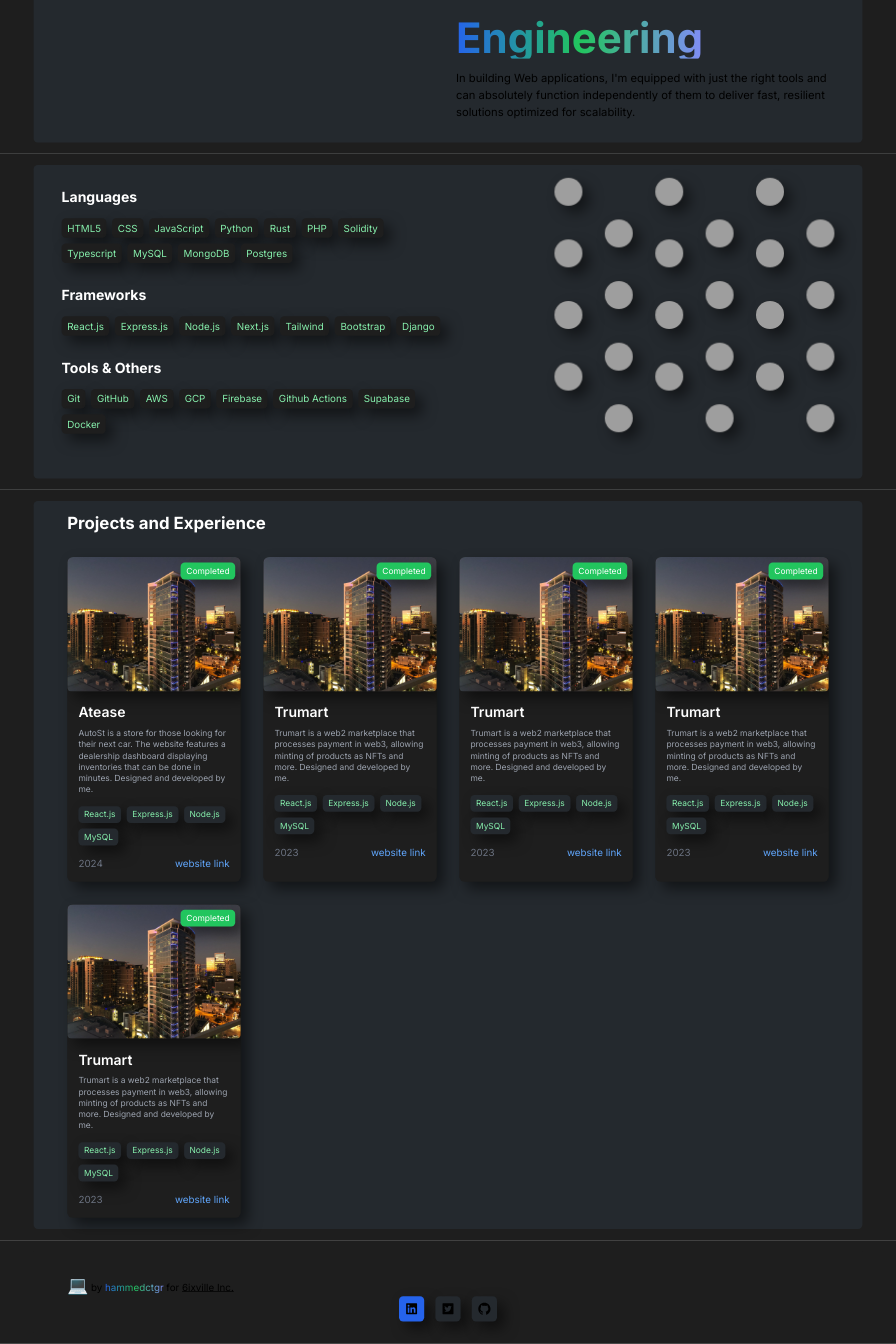
Repository: muhammedctgr/hammedctgr
Page: /
An editor plug-in stored every save of this project. The page is shown before and after the next save, followed by the edit.
The browser window is 1280 px wide. The pictures show the part of the page from y = 824 to 2744 px (the page is 2744 px tall before and 2728 px after), at 70% of full size.
Pictures or frames that could not be fetched are drawn as grey boxes. The project was rebuilt for these pictures with package versions that can differ from the ones it lists, and the page was loaded fresh each time. The framework's server and built-in components were replaced by stand-ins that run in the browser. Also part of the build but not shown: next.config.mjs.

Above is the page before, as saved 2024-08-13 21:30:13.

### app/layout.tsx
import type { Metadata } from "next";
import { Inter } from "next/font/google";
import "./globals.css";

const inter = Inter({ subsets: ["latin"] });

export const metadata: Metadata = {
  title: "Popoola Muhammed",
  description: "Generated by create next app",
};

export default function RootLayout({
  children,
}: Readonly<{
  children: React.ReactNode;
}>) {
  return (
    <html lang="en">
      <body className={inter.className}>{children}</body>
    </html>
  );
}

### app/page.tsx
import Head from 'next/head';
import Hero from '../components/Hero';
import SkillsSection from '@/components/SkillsSection';
import SummarySection from '@/components/SummarySection';
import ProjectsSection from '@/components/ProjectsSection';
import Footer from '@/components/Footer';

const Home = () => (
  <div>
    <Head>
      <title>Popoola Muhammed</title>
      <meta name="description" content="Welcome to my developer portfolio" />
    </Head>

    <Hero />
    <SummarySection />
    <SkillsSection />
    <ProjectsSection />
    <Footer />
  </div>
);

export default Home;

### app/globals.css
@tailwind base;
@tailwind components;
@tailwind utilities;

:root {
  --foreground-rgb: 0, 0, 0;
  --background-start-rgb: 214, 219, 220;
  --background-end-rgb: 255, 255, 255;
}

@media (prefers-color-scheme: dark) {
  :root {
    --foreground-rgb: 255, 255, 255;
    --background-start-rgb: 0, 0, 0;
    --background-end-rgb: 0, 0, 0;
  }
}

body {
  color: rgb(var(--foreground-rgb));
  background: linear-gradient(
      to bottom,
      transparent,
      rgb(var(--background-end-rgb))
    )
    rgb(var(--background-start-rgb));
}

@layer utilities {
  .text-balance {
    text-wrap: balance;
  }
}


@keyframes upDown {
  0%, 100% {
    transform: translateY(0);
  }
  50% {
    transform: translateY(-10px); /* Adjust the value as needed */
  }
}

.animate-upDown {
  animation: upDown 2s infinite ease-in-out; /* Adjust duration as needed */
}


@keyframes scroll-medium {
  0% {
    transform: translateY(-100%);
  }
  100% {
    transform: translateY(100%);
  }
}

@keyframes scroll-fast {
  0% {
    transform: translateY(-100%);
  }
  100% {
    transform: translateY(30vh);
  }
}

@keyframes scroll-upfast {
  0% {
    transform: translateY(100%);
  }
  100% {
    transform: translateY(-30vh);
  }
}

.animate-scroll-upfast {
  animation: scroll-upfast 2s linear infinite;
}

.animate-scroll-fast {
  animation: scroll-fast 2s linear infinite;
}

.animate-scroll-medium {
  animation: scroll-medium 6s linear infinite;
}

.animate-scroll-delay {
  animation-delay: 2s;
}

.animate-scroll-delay-long {
  animation-delay: 4s;
}

.animate-scroll {
  animation: scroll 10s linear infinite;
}

.neumorph {
  border-radius: 5px;
  background: linear-gradient(145deg, #161414, #1a1818);
  box-shadow:  5px 5px 10px #111010,
               -5px -5px 10px #1f1c1c;
}

### components/Hero.tsx
import Image from 'next/image';
import profilePic from '../public/profile.png';
import { AiFillLinkedin, AiFillGithub, AiFillTwitterSquare, AiFillX } from 'react-icons/ai';

const Hero = () => {
  return (
    <section className="bg-gptGray px-4 py-4 md:pt-8 md:px-8 lg:px-12 text-white flex items-center">
  <div className="container bg-githubGray shadow-lg rounded-md mx-auto flex flex-col md:flex-row md:px-2 relative overflow-hidden">
    <div className="flex-1 text-left p-4 md:p-8">
      <div className="inline-block bg-blue-600 text-black py-1 px-3 mb-4 rounded-md">
        Hi, I’m
      </div>
      <div className="mb-6">
        <h1 className="text-xl md:text-3xl font-bold">Popoola Muhammed</h1>
        <p className="mt-2 text-lg md:text-xl">Full-Stack Developer, I build and manage</p>
      </div>
      <ul className="mt-4 list-disc list-inside text-xs md:text-base">
        <li>Highly Optimized and Responsive <span className="text-blue-600">FRONT-END</span></li>
        <li>Secure and Scalable <span className="text-blue-600">BACK-END & DATABASE</span></li>
        <li><span className="text-blue-600">IT</span> Infrastructure</li>
      </ul>
      <div className="mt-6">
        <a href="#contact" className="underline">Let’s Connect</a>
        <div className="mt-2 flex justify-start space-x-4">
          <a href="#" className="bg-blue-600 p-2 rounded-md shadow-deep-all">
            <AiFillLinkedin size={20} />
          </a>
          <a href="#" className="bg-githubGray p-2 rounded-md shadow-deep-all">
            <AiFillTwitterSquare size={20} />
          </a>
          <a href="#" className="bg-githubGray p-2 rounded-md shadow-deep-all">
            <AiFillGithub size={20} />
          </a>
        </div>
      </div>
    </div>
    <div className="relative flex-1 p-4 md:p-8">
      <img src="https://cdn.jsdelivr.net/gh/devicons/devicon@latest/icons/python/python-original.svg" className="right-4 w-8 h-8 md:w-16 md:h-16 lg:w-16 lg:h-16 bg-gptGray rounded-md animate-bounce shadow-deep-all" />
      <div className="relative w-40 h-40 md:w-72 md:h-72 lg:w-96 lg:h-96 mx-auto">
        <Image src={profilePic} alt="Popoola Muhammed" layout="fill" className="rounded-full object-cover animate-upDown" />
      </div>
      <img src="https://cdn.jsdelivr.net/gh/devicons/devicon@latest/icons/rust/rust-original.svg"  className="w-8 h-8 md:w-16 md:h-16 lg:w-16 lg:h-16 bg-gptGray rounded-3xl shadow-deep-all animate-bounce absolute top-8 right-4" />
      <img src="https://cdn.jsdelivr.net/gh/devicons/devicon@latest/icons/javascript/javascript-original.svg" className="w-8 h-8 md:w-12 md:h-12 lg:w-12 lg:h-12 bg-gptGray rounded-md animate-bounce shadow-deep-all" />
    </div>
    <img src="https://cdn.jsdelivr.net/gh/devicons/devicon@latest/icons/nextjs/nextjs-original.svg" className="w-8 h-8 md:w-12 md:h-12 lg:w-12 lg:h-12 bg-gptGray rounded-3xl shadow-deep-all animate-bounce absolute bottom-4 right-36" />
  </div>
</section>
  );
};

export default Hero;

### components/SkillsSection.tsx
import Image from 'next/image';
import { FC } from 'react';

interface SkillCategory {
  title: string;
  skills: { name: string; }[];
}

const skills: SkillCategory[] = [
  {
    title: "Languages",
    skills: [
      { name: "HTML5",  },
      { name: "CSS", },
      { name: "JavaScript",  },
      { name: "Python", },
      { name: "Rust",  },
      { name: "PHP", },
      { name: "Solidity",  },
      { name: "Typescript",  },
      { name: "MySQL",  },
      { name: "MongoDB", },
      { name: "Postgres", },
    ],
  },
  {
    title: "Frameworks",
    skills: [
      { name: "React.js", },
      { name: "Express.js",  },
      { name: "Node.js", },
      { name: "Next.js", },
      { name: "Tailwind", },
      { name: "Bootstrap", },
      { name: "Django", }
    ],
  },
  {
    title: "Tools & Others",
    skills: [
      { name: "Git",  },
      { name: "GitHub",  },
      { name: "AWS", },
      { name: "GCP", },
      { name: "Firebase", },
      { name: "Github Actions", },
      { name: "Supabase",  },
      { name: "Docker",  },
    ],
  },
];

const icons = [
  "/icons/html5.svg", // Replace with your icon paths
  "/icons/css3.svg",
  "/icons/javascript.svg",
  "/icons/python.svg",
  // Add the rest of the icons as needed
];

const SkillsSection: FC = () => {
  return (
  <section className="px-4 py-4 md:px-8 lg:px-12 bg-gptGray text-white w-full h-full">
  <div className="container bg-githubGray rounded-md mx-auto flex flex-col md:flex-row items-start md:px-2">
    <div className="flex-1 p-4 md:p-8">
      {skills.map((category) => (
        <div key={category.title} className="mb-8">
          <h2 className="text-lg md:text-xl font-bold mb-4 ">{category.title}</h2>
          <div className="flex flex-wrap gap-2">
            {category.skills.map((skill) => (
              <span
                key={skill.name}
                className={`px-2 py-1 rounded-md text-sm shadow-deep-all bg-gptGray text-green-300`}
              >
                {skill.name}
              </span>
            ))}
          </div>
        </div>
      ))}
    </div>
    <div className="flex-1 flex flex-col items-center md:items-end overflow-hidden md:pb-8">
      <div className="grid grid-cols-6 md:grid-cols-6 gap-8 p-4 md:p-8">
      <img src="https://cdn.jsdelivr.net/gh/devicons/devicon@latest/icons/html5/html5-original.svg" className="w-10 h-10 md:w-10 md:h-10 lg:w-10 lg:h-10 bg-gptGray rounded-3xl shadow-deep-all mt-4 animate-scroll-fast" />
      <img src="https://cdn.jsdelivr.net/gh/devicons/devicon@latest/icons/css3/css3-original.svg" className="w-10 h-10 md:w-10 md:h-10 lg:w-10 lg:h-10 bg-gptGray rounded-3xl shadow-deep-all mt-4 animate-scroll-upfast" />
      <img src="https://cdn.jsdelivr.net/gh/devicons/devicon@latest/icons/javascript/javascript-original.svg" className="w-10 h-10 md:w-10 md:h-10 lg:w-10 lg:h-10 bg-gptGray rounded-3xl shadow-deep-all mt-4 animate-scroll-fast" />
      <img src="https://cdn.jsdelivr.net/gh/devicons/devicon@latest/icons/python/python-original.svg" className="w-10 h-10 md:w-10 md:h-10 lg:w-10 lg:h-10 bg-gptGray rounded-3xl shadow-deep-all mt-4 animate-scroll-upfast" />
      <img src="https://cdn.jsdelivr.net/gh/devicons/devicon@latest/icons/rust/rust-original.svg"  className="w-10 h-10 md:w-10 md:h-10 lg:w-10 lg:h-10 bg-gptGray rounded-3xl shadow-deep-all mt-4 animate-scroll-fast" />
      <img src="https://cdn.jsdelivr.net/gh/devicons/devicon@latest/icons/php/php-original.svg" className="w-10 h-10 md:w-10 md:h-10 lg:w-10 lg:h-10 bg-gptGray rounded-3xl shadow-deep-all mt-4 animate-scroll-upfast"  />
      <img src="https://cdn.jsdelivr.net/gh/devicons/devicon@latest/icons/solidity/solidity-original.svg" className="w-10 h-10 md:w-10 md:h-10 lg:w-10 lg:h-10 bg-gptGray rounded-3xl shadow-deep-all mt-4 animate-scroll-fast" />
      <img src="https://cdn.jsdelivr.net/gh/devicons/devicon@latest/icons/typescript/typescript-original.svg" className="w-10 h-10 md:w-10 md:h-10 lg:w-10 lg:h-10 bg-gptGray rounded-3xl shadow-deep-all mt-4 animate-scroll-upfast" />
      <img src="https://cdn.jsdelivr.net/gh/devicons/devicon@latest/icons/mysql/mysql-original.svg" className="w-10 h-10 md:w-10 md:h-10 lg:w-10 lg:h-10 bg-gptGray rounded-3xl shadow-deep-all mt-4 animate-scroll-fast" />
      <img src="https://cdn.jsdelivr.net/gh/devicons/devicon@latest/icons/mongodb/mongodb-original.svg" className="w-10 h-10 md:w-10 md:h-10 lg:w-10 lg:h-10 bg-gptGray rounded-3xl shadow-deep-all mt-4 animate-scroll-upfast" />
      <img src="https://cdn.jsdelivr.net/gh/devicons/devicon@latest/icons/react/react-original.svg" className="w-10 h-10 md:w-10 md:h-10 lg:w-10 lg:h-10 bg-gptGray rounded-3xl shadow-deep-all mt-4 animate-scroll-fast" />
      <img src="https://cdn.jsdelivr.net/gh/devicons/devicon@latest/icons/nextjs/nextjs-original.svg" className="w-10 h-10 md:w-10 md:h-10 lg:w-10 lg:h-10 bg-gptGray rounded-3xl shadow-deep-all mt-4 animate-scroll-upfast" />
      <img src="https://cdn.jsdelivr.net/gh/devicons/devicon@latest/icons/tailwindcss/tailwindcss-original.svg" className="w-10 h-10 md:w-10 md:h-10 lg:w-10 lg:h-10 bg-gptGray rounded-3xl shadow-deep-all mt-4 animate-scroll-fast" />
      <img src="https://cdn.jsdelivr.net/gh/devicons/devicon@latest/icons/git/git-original.svg" className="w-10 h-10 md:w-10 md:h-10 lg:w-10 lg:h-10 bg-gptGray rounded-3xl shadow-deep-all mt-4 animate-scroll-upfast" />
      <img src="https://cdn.jsdelivr.net/gh/devicons/devicon@latest/icons/github/github-original.svg" className="w-10 h-10 md:w-10 md:h-10 lg:w-10 lg:h-10 bg-gptGray rounded-3xl shadow-deep-all mt-4 animate-scroll-fast" />
      <img src="https://cdn.jsdelivr.net/gh/devicons/devicon@latest/icons/amazonwebservices/amazonwebservices-original-wordmark.svg" className="w-10 h-10 md:w-10 md:h-10 lg:w-10 lg:h-10 bg-gptGray rounded-3xl shadow-deep-all mt-4 animate-scroll-upfast" />
      <img src="https://cdn.jsdelivr.net/gh/devicons/devicon@latest/icons/googlecloud/googlecloud-original.svg" className="w-10 h-10 md:w-10 md:h-10 lg:w-10 lg:h-10 bg-gptGray rounded-3xl shadow-deep-all mt-4 animate-scroll-fast" />
      <img src="https://cdn.jsdelivr.net/gh/devicons/devicon@latest/icons/postgresql/postgresql-original.svg" className="w-10 h-10 md:w-10 md:h-10 lg:w-10 lg:h-10 bg-gptGray rounded-3xl shadow-deep-all mt-4 animate-scroll-upfast" />
      <img src="https://cdn.jsdelivr.net/gh/devicons/devicon@latest/icons/supabase/supabase-original.svg" className="w-10 h-10 md:w-10 md:h-10 lg:w-10 lg:h-10 bg-gptGray rounded-3xl shadow-deep-all mt-4 animate-scroll-fast" />
      <img src="https://cdn.jsdelivr.net/gh/devicons/devicon@latest/icons/docker/docker-original.svg" className="w-10 h-10 md:w-10 md:h-10 lg:w-10 lg:h-10 bg-gptGray rounded-3xl shadow-deep-all mt-4 animate-scroll-upfast" />
      <img src="https://cdn.jsdelivr.net/gh/devicons/devicon@latest/icons/django/django-plain.svg" className="w-10 h-10 md:w-10 md:h-10 lg:w-10 lg:h-10 bg-gptGray rounded-3xl shadow-deep-all mt-4 animate-scroll-fast" />
      <img src="https://cdn.jsdelivr.net/gh/devicons/devicon@latest/icons/bootstrap/bootstrap-original.svg" className="w-10 h-10 md:w-10 md:h-10 lg:w-10 lg:h-10 bg-gptGray rounded-3xl shadow-deep-all mt-4 animate-scroll-upfast" />
      <img src="https://cdn.jsdelivr.net/gh/devicons/devicon@latest/icons/nodejs/nodejs-original.svg" className="w-10 h-10 md:w-10 md:h-10 lg:w-10 lg:h-10 bg-gptGray rounded-3xl shadow-deep-all mt-4 animate-scroll-fast" />
      <img src="https://cdn.jsdelivr.net/gh/devicons/devicon@latest/icons/githubactions/githubactions-original.svg" className="w-10 h-10 md:w-10 md:h-10 lg:w-10 lg:h-10 bg-gptGray rounded-3xl shadow-deep-all mt-4 animate-scroll-upfast" />
      </div>
    </div>
  </div>
</section>
  );
};

export default SkillsSection;

### components/SummarySection.tsx
import { FC } from 'react';

const SummarySection: FC = () => {
  return (
<section className="px-4 py-4 md:px-8 lg:px-12 bg-gptGray relative overflow-hidden">
  <div className="container bg-githubGray mx-auto flex rounded-md flex-col md:flex-row justify-between items-start md:px-8 p-4 md:p-8">
    <div className=" mb-8 md:mb-8">
      <div className="mb-4">
        <span className="text-4xl md:text-6xl font-bold bg-gradient-to-r from-blue-600 via-green-500 to-indigo-400 inline-block text-transparent bg-clip-text">Software</span>
      </div>
      <p className="text-sm md:text-base">
        I'm probably not the typical dev stationed behind a computer, but building state-of-the-art web apps, optimizing performance for scale and avoiding downtime is where you'll find me.
      </p>
    </div>
    <div className=" md:mt-48">
      <div className="mb-4">
        <span className="text-4xl md:text-6xl font-bold bg-gradient-to-r from-blue-600 via-green-500 to-indigo-400 inline-block text-transparent bg-clip-text">Engineering</span>
      </div>
      <p className="text-sm md:text-base">
        In building Web applications, I'm equipped with just the right tools and can absolutely function independently of them to deliver fast, resilient solutions optimized for scalability.
      </p>
    </div>
  </div>
</section>
  );
};

export default SummarySection;

### components/ProjectsSection.tsx
import { FC } from 'react';

interface Project {
  title: string;
  description: string;
  technologies: string[];
  date: string;
  status: string;
  image: string;
  link: string;
}

const projects: Project[] = [
  {
    title: "Atease",
    description: "AutoSt is a store for those looking for their next car. The website features a dealership dashboard displaying inventories that can be done in minutes. Designed and developed by me.",
    technologies: ["React.js", "Express.js", "Node.js", "MySQL"],
    date: "2024",
    status: "Completed",
    image: "pic1.jpg",
    link: "https://ateasegroup.com",
  },
  {
    title: "Trumart",
    description: "Trumart is a web2 marketplace that processes payment in web3, allowing minting of products as NFTs and more. Designed and developed by me.",
    technologies: ["React.js", "Express.js", "Node.js", "MySQL"],
    date: "2023",
    status: "Completed",
    image: "pic1.jpg",
    link: "https://example.com",
  },
  {
    title: "Trumart",
    description: "Trumart is a web2 marketplace that processes payment in web3, allowing minting of products as NFTs and more. Designed and developed by me.",
    technologies: ["React.js", "Express.js", "Node.js", "MySQL"],
    date: "2023",
    status: "Completed",
    image: "pic1.jpg",
    link: "https://example.com",
  },
  {
    title: "Trumart",
    description: "Trumart is a web2 marketplace that processes payment in web3, allowing minting of products as NFTs and more. Designed and developed by me.",
    technologies: ["React.js", "Express.js", "Node.js", "MySQL"],
    date: "2023",
    status: "Completed",
    image: "pic1.jpg",
    link: "https://example.com",
  },
  {
    title: "Trumart",
    description: "Trumart is a web2 marketplace that processes payment in web3, allowing minting of products as NFTs and more. Designed and developed by me.",
    technologies: ["React.js", "Express.js", "Node.js", "MySQL"],
    date: "2023",
    status: "Completed",
    image: "pic1.jpg",
    link: "https://example.com",
  },
  // Add more projects as needed...
];

const ProjectsSection: FC = () => {
  return (
    <section className="bg-gptGray md:px-8 px-4 py-4 lg:px-12">
      <div className="container bg-githubGray rounded-md mx-auto md:px-8 ">
        <h2 className="text-2xl font-bold text-white p-4">Projects and Experience</h2>
        <div className="grid grid-cols-1 sm:grid-cols-3 lg:grid-cols-4 gap-8 p-4">
          {projects.map((project, index) => (
            <div key={index} className="bg-gptGray rounded-lg overflow-hidden shadow-deep-all">
              <div className="relative w-full h-48">
                <img src={project.image} alt={project.title} className="w-full h-full object-cover shadow-deep-all rounded-md" />
                <span className="shadow-deep-all absolute top-2 right-2 bg-green-500 text-xs text-white px-2 py-1 rounded-md">{project.status}</span>
              </div>
              <div className="p-4">
                <h3 className="text-xl font-semibold text-white mb-2">{project.title}</h3>
                <p className="text-gray-400 text-xs mb-4">{project.description}</p>
                <div className="flex flex-wrap gap-2 mb-4">
                  {project.technologies.map((tech, i) => (
                    <span key={i} className="bg-githubGray shadow-deep-all text-green-300 text-xs px-2 py-1 rounded-md">{tech}</span>
                  ))}
                </div>
                <div className="flex justify-between items-center">
                  <span className="text-gray-500 text-sm">{project.date}</span>
                  <a href={project.link} target="_blank" rel="noopener noreferrer" className="text-blue-400 hover:underline text-sm">website link</a>
                </div>
              </div>
            </div>
          ))}
        </div>
      </div>
    </section>
  );
};

export default ProjectsSection;

### components/Footer.tsx
import { AiFillLinkedin, AiFillGithub, AiFillTwitterSquare, AiFillX } from 'react-icons/ai';

const Footer = () => {
    return (
        <div className="bg-gptGray px-4 py-4 md:pt-4 md:px-4 lg:px-12">
            <div className='bg-gptGray px-4 py-4 md:pt-8 md:px-12 text-sm'>
                <p>
                <span className='text-2xl'>&#128187;</span> by <span className='bg-gradient-to-r from-blue-600 via-green-500 to-indigo-400 inline-block text-transparent bg-clip-text'>hammedctgr</span> for <a href="https://6ixville.github.io/" target="_blank" rel="noopener noreferrer" className='underline'>6ixville Inc.</a>
                </p>
                <div className="">
                    <div className=" flex justify-center space-x-4 ">
                        <a href="#" className="bg-blue-600 p-2 rounded-md shadow-deep-all">
                            <AiFillLinkedin size={20} />
                        </a>
                        <a href="#" className="bg-githubGray p-2 rounded-md shadow-deep-all">
                            <AiFillTwitterSquare size={20} />
                        </a>
                        <a href="#" className="bg-githubGray p-2 rounded-md shadow-deep-all">
                            <AiFillGithub size={20} />
                        </a>
                    </div>
                </div>
            </div>
       </div>
     );
}

export default Footer;

### tailwind.config.ts
import type { Config } from "tailwindcss";

const config: Config = {
  content: [
    "./pages/**/*.{js,ts,jsx,tsx,mdx}",
    "./components/**/*.{js,ts,jsx,tsx,mdx}",
    "./app/**/*.{js,ts,jsx,tsx,mdx}",
  ],
  theme: {
    extend: {
      backgroundImage: {
        "gradient-radial": "radial-gradient(var(--tw-gradient-stops))",
        "gradient-conic":
          "conic-gradient(from 180deg at 50% 50%, var(--tw-gradient-stops))",
      },
      colors: {
        githubGray: '#24292e',
        gptGray: '#1e1e1e', // Define the exact color
        gradient: 'bg-gradient-to-r from-blue-600 via-green-500 to-indigo-400 inline-block text-transparent bg-clip-text'
      },
      boxShadow: {
        'deep-right': '10px 10px 20px rgba(0, 0, 0, 0.25)',  // Right side shadow
        'deep-left': '-10px 10px 20px rgba(0, 0, 0, 0.25)',  // Left side shadow
        'deep-top': '10px -10px 20px rgba(0, 0, 0, 0.25)',   // Top side shadow
        'deep-bottom': '10px 10px 20px rgba(0, 0, 0, 0.25)', // Bottom side shadow
        'deep-all': '10px 10px 20px rgba(0, 0, 0, 0.5)',     // All sides shadow
      }
    },
  },
  plugins: [],
};
export default config;

After the next save:
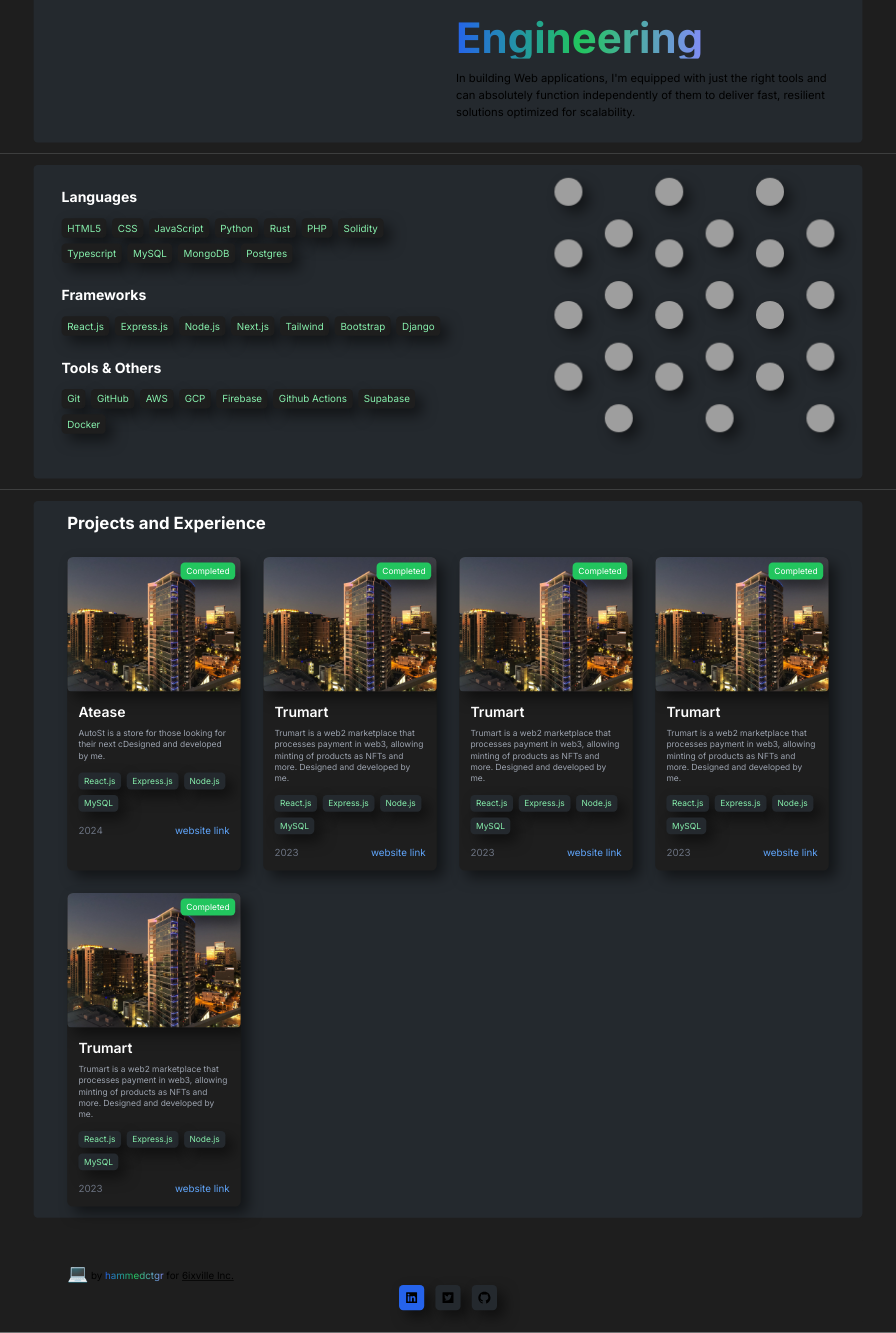
Saved 29 s later.
--- a/components/ProjectsSection.tsx
+++ b/components/ProjectsSection.tsx
@@ -13,7 +13,7 @@ interface Project {
 const projects: Project[] = [
   {
     title: "Atease",
-    description: "AutoSt is a store for those looking for their next car. The website features a dealership dashboard displaying inventories that can be done in minutes. Designed and developed by me.",
+    description: "AutoSt is a store for those looking for their next cDesigned and developed by me.",
     technologies: ["React.js", "Express.js", "Node.js", "MySQL"],
     date: "2024",
     status: "Completed",
